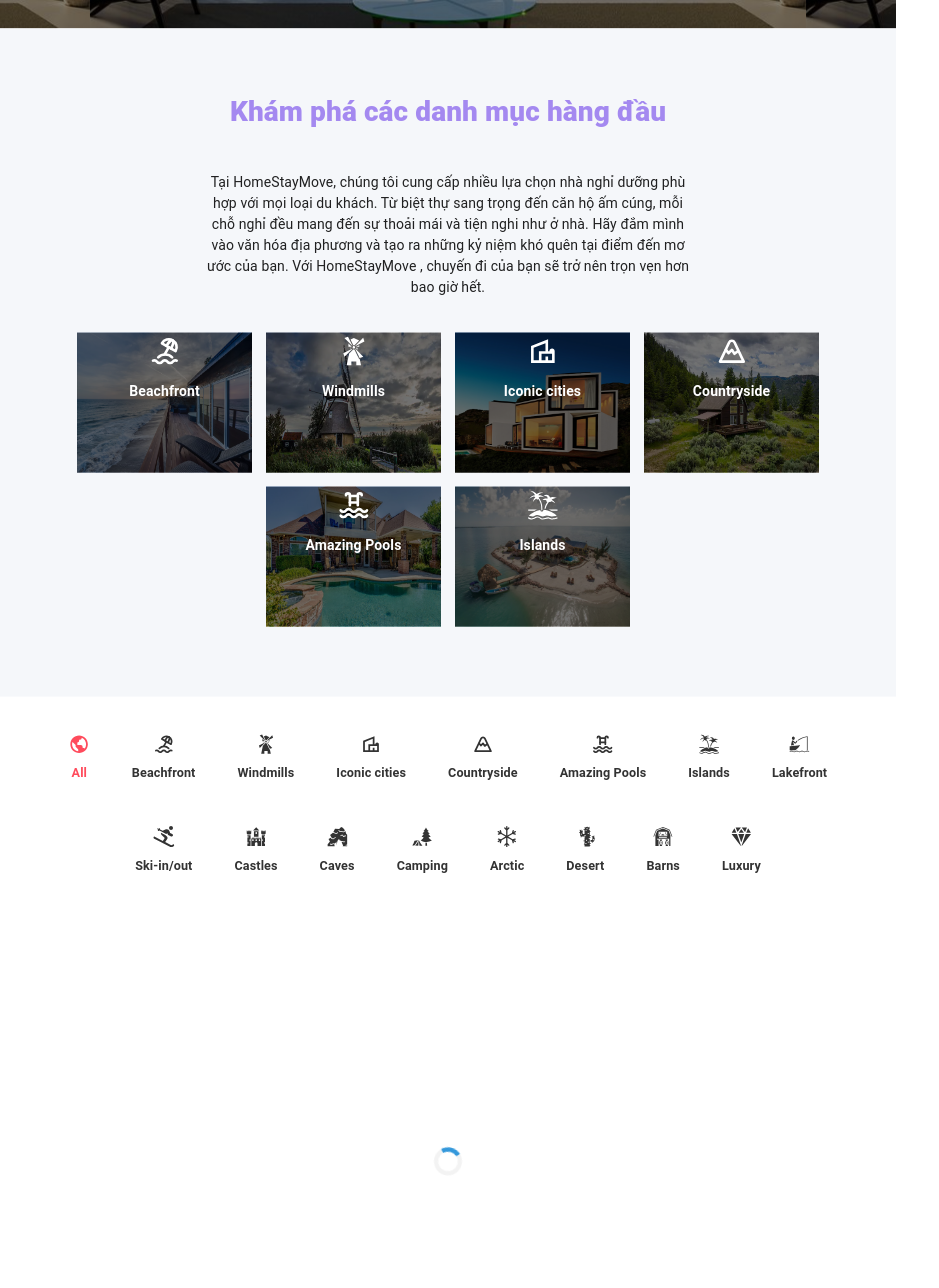
Repository: minhquang203/Homestay
Page: / (app in client/)
An editor plug-in stored every save of this project. The page is shown before and after the next save, followed by the edit.
The browser window is 1280 px wide. The page is 1342 px wide, so the pictures cover 1342 px, including what lies to the right of the window. The pictures show the part of the page from y = 663 to 2503 px (the page is 2879 px tall before and 2931 px after), at 70% of full size.
The page's requests for data from a server got no answer. The project was rebuilt for these pictures with package versions that can differ from the ones it lists, and the page was loaded fresh each time. No one was signed in, and anything a server would have sent is missing. Also part of the build but not shown: client/src/styles/ListingCard.scss, client/src/components/ListingCard.jsx, client/src/styles/variable.scss, client/src/styles/List.scss, client/src/pages/CategoryPage.jsx, client/src/styles/CreateListing.scss, client/src/pages/CreateListing.jsx, client/src/styles/ListingDetails.scss and 17 more.

Above is the page before, as saved 2025-04-04 00:01:28.

### client/public/index.html
<!DOCTYPE html>
<html lang="en">
  <head>
    <meta charset="utf-8" />
    <link rel="icon" href="%PUBLIC_URL%/favicon.ico" />
    <meta name="viewport" content="width=device-width, initial-scale=1" />
    <meta name="theme-color" content="#000000" />
    <meta
      name="description"
      content="Web site created using create-react-app"
    />
    <link rel="apple-touch-icon" href="%PUBLIC_URL%/logo192.png" />
    <link rel="manifest" href="%PUBLIC_URL%/manifest.json" />
    <link rel="preconnect" href="https://fonts.googleapis.com">
    <link rel="preconnect" href="https://fonts.gstatic.com" crossorigin>
    <link href="https://fonts.googleapis.com/css2?family=Nunito:ital,wght@0,200..1000;1,200..1000&display=swap" rel="stylesheet">
    <title>HomeStayMove</title>
  </head>
  <body>
    <div id="root"></div>

  </body>
</html>

### client/src/index.js
import { CssBaseline, ThemeProvider, createTheme } from "@mui/material"; // Thêm vào đây
import React from "react";
import ReactDOM from "react-dom/client";
import { Provider } from "react-redux";
import { PersistGate } from "redux-persist/integration/react";
import App from "./App";
import { persistor, store } from "./Redux/store";

// Tạo theme tùy chỉnh nếu cần thiết
const theme = createTheme({
  palette: {
    primary: {
      main: "#1976d2", // Màu chủ đạo
    },
    secondary: {
      main: "#dc004e", // Màu phụ
    },
  },
});

const root = ReactDOM.createRoot(document.getElementById("root"));
root.render(
  <React.StrictMode>
    <Provider store={store}>
      <PersistGate loading={null} persistor={persistor}>
        <ThemeProvider theme={theme}>
          <CssBaseline />
          <App />
        </ThemeProvider>
      </PersistGate>
    </Provider>
  </React.StrictMode>
);

### client/src/Redux/store.js
// store.js
import { configureStore } from "@reduxjs/toolkit";
import {
  persistStore,
  persistReducer,
  FLUSH,
  REHYDRATE,
  PAUSE,
  PERSIST,
  PURGE,
  REGISTER,
} from "redux-persist";
import storage from "redux-persist/lib/storage";
import userReducer from "./state"; // Đảm bảo đúng đường dẫn đến state.js

// Cấu hình Redux Persist
const persistConfig = {
  key: "root", // Tên của key trong localStorage
  version: 1, // Phiên bản của state để khi có thay đổi sẽ cập nhật lại
  storage, // Chọn phương thức lưu trữ, có thể là localStorage hoặc sessionStorage
};

// Tạo persisted reducer từ userReducer
const persistedReducer = persistReducer(persistConfig, userReducer);

// Tạo store với persistedReducer
export const store = configureStore({
  reducer: persistedReducer, // Dùng persisted reducer để lưu trữ trạng thái người dùng
  middleware: (getDefaultMiddleware) =>
    getDefaultMiddleware({
      serializableCheck: {
        ignoredActions: [FLUSH, REHYDRATE, PAUSE, PERSIST, PURGE, REGISTER], // Bỏ qua các action không thể serialize
      },
    }),
});

// Khởi tạo persistor từ store
export const persistor = persistStore(store);

### client/src/App.css
* {
  margin: 0;
  padding: 0;
  box-sizing: border-box;
  font-family: 'Nunito'sans-serif;
}

### client/src/pages/HomePage.jsx
import Categories from "../components/Categories";
import Footer from "../components/Footer";
import Listings from "../components/Listings";
import Navbar from '../components/Navbar';
import Slide from "../components/Slide";



const HomePage = () => {

  // Lấy thông tin người dùng từ Redux state
  return <div>
    <Navbar/>
    <Slide/>
    <Categories/>
    <Listings/>
    <Footer />
  </div>;
};

export default HomePage;

### client/src/components/Footer.jsx
import { Email, LocalPhone } from "@mui/icons-material";
import { Link } from "react-router-dom";
import "../styles/Footer.scss";
const Footer = () => {
  return (
    <div className="footer">
      <div className="footer_left">
        <a href="/">
          <img src="/assets/logo.png" alt="logo" />
        </a>
      </div>

      <div className="footer_center">
        <h3>Useful Links</h3>
        <ul>
          <li>
            <Link to="/about-us">About Us</Link>
          </li>
          <li>
            <Link to="/terms-and-conditions">Terms and Conditions</Link>
          </li>
          <li>
            <Link to="/return-and-refund-policy">Return and Refund Policy</Link>
          </li>
        </ul>
      </div>

      <div className="footer_right">
        <h3>Contact</h3>
        <div className="footer_right_info">
          <LocalPhone />
          <p>+84 904421394</p>
        </div>
        <div className="footer_right_info">
          <Email />
          <p>homestay@gmail.com</p>
          <p>tranminhquang082003@gmail.com</p>
        </div>
        <img src="/assets/payment.png" alt="payment" />
      </div>
    </div>
  );
};

export default Footer;

### client/src/components/Loader.jsx
import "../styles/Loader.scss";

const Loader = () => {
  return (
    <div className="loader">
      <div className="loader-inner"></div>
    </div>
  );
};

export default Loader;

### client/src/components/Navbar.jsx
import { Menu, Person, Search } from "@mui/icons-material";
import { IconButton } from "@mui/material";
import { useState } from "react";
import { useDispatch, useSelector } from "react-redux";
import { Link, useNavigate } from "react-router-dom";
import { setLogout } from "../Redux/state";
import "../styles/Navbar.scss";
import variables from "../styles/variable.scss";

const Navbar = () => {
  const [dropdownMenu, setDropdownMenu] = useState(false);
  const user = useSelector((state) => state.user);
  const dispatch = useDispatch();
  const [search, setSearch] = useState("")
  const navigate = useNavigate();

  const handleLogout = () => {
    dispatch(setLogout());
    navigate("/login");
  };

  return (
    <div className="navbar">
      <Link to="/">
        <img src="/assets/logo.png" alt="logo" />
      </Link>

      <div className="navbar_search">
        <input
          type="text"
          placeholder="Search ..."
          value={search}
          onChange={(e) => setSearch(e.target.value)}
        />
        <IconButton disabled={search === ""}>
          <Search
            sx={{ color: variables.pinkred }}
            onClick={() => {navigate(`/properties/search/${search}`)}}
          />
        </IconButton>
      </div>

      <div className="navbar_right">
        {/* Hiển thị điều kiện tùy theo trạng thái người dùng */}
        <Link to={user ? "/create-listing" : "/login"} className="navbar_right_host">
          Tạo phòng cho thuê
        </Link>

        {/* Nút tài khoản để mở menu thả xuống */}
        <button
          className="navbar_right_account"
          onClick={() => setDropdownMenu((prev) => !prev)} // Chuyển đổi trạng thái menu thả xuống
        >
          <Menu sx={{ color: variables.darkgrey }} />
          <Person sx={{ color: variables.darkgrey }} />
        </button>

        {/* Menu thả xuống cho người dùng đã đăng nhập */}
        {dropdownMenu && user && (
          <div className="navbar_right_accountmenu">
            <Link to="/profile">Thông Tin</Link>
            <Link to={`/${user._id}/trips`}>Danh sách chuyến đi</Link>
            <Link to={`/${user._id}/wishList`}>Yêu thích </Link>
            <Link to={`/${user._id}/properties`}>Phòng cho thuê </Link>
            <Link to={`/${user._id}/reservations`}>Đặt chỗ </Link>
            <Link to="/login" onClick={handleLogout}>
              Đăng xuất
            </Link>
          </div>
        )}

        {/* Menu thả xuống cho người dùng chưa đăng nhập */}
        {dropdownMenu && !user && (
          <div className="navbar_right_accountmenu">
            <Link to="/login">Đăng nhập</Link>
            <Link to="/register">Đăng ký</Link>
          </div>
        )}
      </div>
    </div>
  );
};

export default Navbar;

### client/src/components/Categories.jsx
import { Link } from "react-router-dom";
import { categories } from "../data";
import "../styles/Categories.scss";

const Categories = () => {
  return (
    <div className="categories">
      <h1>Khám phá các danh mục hàng đầu</h1>
      <p>
        Tại HomeStayMove, chúng tôi cung cấp nhiều lựa chọn nhà nghỉ dưỡng phù hợp
        với mọi loại du khách. Từ biệt thự sang trọng đến căn hộ ấm cúng, mỗi
        chỗ nghỉ đều mang đến sự thoải mái và tiện nghi như ở nhà. Hãy đắm mình
        vào văn hóa địa phương và tạo ra những kỷ niệm khó quên tại điểm đến mơ
        ước của bạn. Với HomeStayMove , chuyến đi của bạn sẽ trở nên trọn vẹn hơn
        bao giờ hết.
      </p>

      <div className="categories_list">
        {categories?.slice(1, 7).map((category, index) => (
          <Link to={`/properties/category/${category.label}`}>
            <div className="category">
              <img src={category.img} alt={category.label} />
              <div className="overlay">
                <div className="category_text">
                  <div className="category_text_icon">
                    {category.icon}
                    <p>{category.label}</p>
                  </div>
                </div>
              </div>
            </div>
          </Link>
        ))}
      </div>
    </div>
  );
};

export default Categories;

### client/src/components/Listings.jsx
import { useEffect, useState } from "react";
import { useDispatch, useSelector } from "react-redux";
import { categories } from "../data";
import { setListings } from "../Redux/state";
import "../styles/Listings.scss";
import ListingCard from "./ListingCard";
import Loader from "./Loader";

const Listings = () => {
  const dispatch = useDispatch();
  const [loading, setLoading] = useState(true);

  const [selectedCategory, setSelectedCategory] = useState("All");

  const listings = useSelector((state) => state.listings);

  const getFeedListings = async () => {
    try {
      const response = await fetch(
        selectedCategory !== "All"
          ? `http://localhost:3002/properties?category=${selectedCategory}`
          : "http://localhost:3002/properties",
        {
          method: "GET",
        }
      );

      const data = await response.json();
      dispatch(setListings({ listings: data }));
      setLoading(false);
    } catch (err) {
      console.log("Fetch Listings Failed", err.message);
    }
  };

  useEffect(() => {
    getFeedListings();
  }, [selectedCategory]);

  return (
    <>
      <div className="category-list">
        {categories?.map((category, index) => (
          <div
            className={`category ${category.label === selectedCategory ? "selected" : ""}`}
            key={index}
            onClick={() => setSelectedCategory(category.label)}
          >
            <div className="category_icon">{category.icon}</div>
            <p>{category.label}</p>
          </div>
        ))}
      </div>

      {loading ? (
        <Loader />
      ) : (
        <div className="listings">
          {listings.map(
            ({
              _id,
              creator,
              listingPhotoPaths,
              city,
              province,
              country,
              category,
              type,
              price,
              booking = false
            }) => (
              <ListingCard
                key={_id}
                listingId={_id}
                creator={creator}
                listingPhotoPaths={listingPhotoPaths}
                city={city}
                province={province}
                country={country}
                category={category}
                type={type}
                price={price}
                booking ={booking}
              />
            )
          )}
        </div>
      )}
    </>
  );
};

export default Listings;

### client/src/components/Slide.jsx
import "../styles/Slide.scss";

const Slide = () => {
  return (
    <div className="slidePage">
      <h1>
        "Hành trình mới đang chờ đón bạn <hr/>   Đặt chuyến đi ngay hôm nay cùng
        HomeStayMoves !
      </h1>
    </div>
  );
};

export default Slide;

### client/src/styles/Footer.scss
@import "./variable.scss";
@import "./breakpoints.scss";

.footer {
  display: flex;
  justify-content: space-between;
  align-items: center;
  gap: 50px;
  padding: 10px 70px;

  @include lg {
    padding: 10px 30px;
  }

  &_left {
    max-width: 400px;

    img {
      max-width: 150px;
      margin-bottom: 20px;
    }

    &_socials {
      display: flex;
      gap: 25px;
      margin-top: 20px;

      &_icon {
        width: 40px;
        height: 40px;
        border-radius: 50%;
        background-color: $pinkred;
        display: flex;
        justify-content: center;
        align-items: center;
        cursor: pointer;
        transition: all 0.5s ease-in-out;

        &:hover {
          transform: scale(1.2);
        }
      }
    }
  }

  &_center {
    text-decoration: none;

    ul {
      list-style: none;
      margin-top: 20px;
      cursor: pointer;

      li:hover {
        color: $pinkred
      }

      a {
        text-decoration: none;
        color: black;

        &:hover {
          color: $pinkred;
        }
      }
    }

    @include md {
      display: none;
    }
  }

  &_right {
    max-width: 350px;

    h3 {
      margin-bottom: 20px;
    }

    &_info {
      display: flex;

      p {
        margin-left: 20px;
        margin-bottom: 15px;
      }
    }

    @include sm {
      display: none;
    }
  }
}

### client/src/styles/Loader.scss
.loader {
    display: flex;
    justify-content: center;
    align-items: center;
    height: 100vh;
  }

  .loader-inner {
    border: 6px solid #f3f3f3;
    border-top: 6px solid #3498db;
    border-radius: 50%;
    width: 40px;
    height: 40px;
    animation: spin 2s linear infinite;
  }

  @keyframes spin {
    0% { transform: rotate(0deg); }
    100% { transform: rotate(360deg); }
  }

### client/src/styles/Navbar.scss
@import "./breakpoints.scss";
@import "./variable.scss";

.navbar {
  padding: 10px 60px;
  display: flex;
  justify-content: space-between;
  align-items: center;
  position: relative;
  background-color: #ffff;
  box-shadow: $box-shadow-small;  // Dùng biến shadow nhỏ cho navbar

  @include media-query(sm) {
    padding: 10px 20px;
  }

  img {
    width: 100px;
    cursor: pointer;
  }

  &_search {
    border: 1px solid $grey;
    border-radius: 30px;
    height: 50px;
    padding: 0 20px;
    display: flex;
    gap: 20px;
    align-items: center;
    width: 350px;

    input {
      border: none;
      outline: none;
      flex: 1;
      padding: 5px 10px;
    }

    &:hover {
      box-shadow: $box-shadow-small;
    }

    @include media-query(lg) {
      width: 500px;
    }

    @include media-query(sm) {
      display: none;
    }
  }

  &_right {
    display: flex;
    align-items: center;
    gap: 20px;

    .navbar_right_host {
      text-decoration: none;
      color: $darkgrey;
      font-weight: 700;
      cursor: pointer;

      &:hover {
        color: $pinkred;
      }

      @include media-query(sm) {
        display: none;
      }
    }

    &_account {
      height: 50px;
      display: flex;
      align-items: center;
      padding: 0 10px;
      border: 1px solid $grey;
      border-radius: 30px;
      gap: 10px;
      background-color: #ffff;
      cursor: pointer;
      transition: box-shadow 0.3s ease;

      &:hover {
        box-shadow: $box-shadow-large;
      }

      svg {
        color: $darkgrey;
      }
    }

    &_accountmenu {
      position: absolute;
      background-color: #ffff;
      right: 60px;
      top: 80px;
      display: flex;
      flex-direction: column;
      width: 200px;
      padding: 10px 0;
      border: 1px solid $lightgrey;
      border-radius: 20px;
      box-shadow: $box-shadow-large;
      z-index: 9999;

      @include media-query(sm) {
        right: 20px;
      }

      a {
        width: 100%;
        padding: 8px 15px;
        text-decoration: none;
        color: $grey;
        font-weight: 700;
        display: block;

        &:hover {
          color: $pinkred;
          background-color: rgba(217, 213, 213, 0.2);
        }
      }
    }
  }
}

### client/src/styles/breakpoints.scss
  $breakpoints: (
    xs: 480px,
    sm: 768px,
    md: 992px,
    lg: 1200px,
    xl: 1400px
  );

  // Mixin media-query để dễ sử dụng các điểm ngắt
  @mixin media-query($size) {
    $breakpoint: map-get($breakpoints, $size);

    @if $breakpoint {
      @media (max-width: #{$breakpoint}) {
        @content;
      }
    } @else {
      @warn "Breakpoint '#{$size}' không tồn tại trong danh sách breakpoints!";
    }
  }
  @mixin sm {
    @media (max-width: map-get($breakpoints, "sm")) {
        @content;
    }
}

@mixin mm {
    @media (max-width: map-get($breakpoints, "mm")) {
        @content;
    }
}

@mixin md {
    @media (max-width: map-get($breakpoints, "md")) {
        @content;
    }
}

@mixin ml {
    @media (max-width: map-get($breakpoints, "ml")) {
        @content;
    }
}

@mixin lg {
    @media (max-width: map-get($breakpoints, "lg")) {
        @content;
    }
}

@mixin xl {
    @media (max-width: map-get($breakpoints, "xl")) {
        @content;
    }
}

  // Mixin để tạo kiểu cho button
  @mixin buttonStyle {
    padding: 10px 15px;
    background-color: $pinkred;
    border: none;
    font-size: 20px;
    font-weight: 600;
    cursor: pointer;
    transform: 0.3s ease;
    color: white;
    border-radius: 10px;
  }
  // Mixin flex-center để căn giữa các phần tử theo cả chiều ngang và dọc
@mixin flex-center {
  display: flex;
  justify-content: center;
  align-items: center;
}

### client/src/styles/Categories.scss
@import "./variable.scss";
@import "./breakpoints.scss";

.categories {
  padding: 50px 60px;
  display: flex;
  flex-direction: column;
  align-items: center;
  text-align: center;
  background-color: $lightgrey;


  h1 {
    color: $blue;
    font-size: 40px;
    font-weight: 800;
    margin-bottom: 15px;
  }

  p {
    max-width: 700px;
    font-size: 20px;
  }

  .categories_list {
    display: flex;
    flex-wrap: wrap;
    padding: 50px 0;
    justify-content: center;
    gap: 20px;

    a {
      text-decoration: none;
    }

    .category {
      position: relative;
      display: flex;
      justify-content: center;
      align-items: center;
      width: 250px;
      height: 200px;
      cursor: pointer;

      img {
        position: absolute;
        width: 100%;
        height: 100%;
      }

      .overlay {
        position: absolute;
        width: 100%;
        height: 100%;
        background-color: rgba(0, 0, 0, 0.55);
        transition: 0.3s ease-in-out;
      }

      &_text {
        position: relative;
        color: white;

        &_icon {
          font-size: 45px;
        }

        p {
          font-weight: 600;
        }
      }

      &:hover {
        .overlay {
          width: 80%;
          height: 80%;
        }
      }

    }
  }
}

### client/src/styles/Listings.scss
@import "./variable.scss";
@import "./breakpoints.scss";

.category-list {
  padding: 50px 80px;
  display: flex;
  justify-content: center;
  flex-wrap: wrap;
  gap: 60px;

  @include sm {
    padding: 50px 20px;
  }

  .category {
    display: flex;
    flex-direction: column;
    align-items: center;
    color: $darkgrey;
    cursor: pointer;

    &_icon {
      font-size: 30px;
    }

    p {
      font-size: 18px;
      font-weight: 700;
    }

    &:hover {
      color: $pinkred;
    }
  }

  .selected {
    color: $pinkred;
  }
}

.listings {
  padding: 0 60px 120px;
  display: flex;
  flex-wrap: wrap;
  justify-content: center;
  gap: 5px;

  @include lg {
    padding: 0 20px 120px;
  }
}

### client/src/styles/Slide.scss
.slidePage {
  width: 100vw;
  height: 80vh;
  background: linear-gradient(rgba(0, 0, 0, 0.5), rgba(0, 0, 0, 0.5)),
    url("../../public/assets/slide.jpg");
  background-position: center top;
  background-size: contain;

  display: flex;
  justify-content: center;
  align-items: center;
  text-align: center;
  position: relative;

  animation: moveRight 2s ease-out forwards; /* Di chuyển từ trái sang phải */
}

// /* Định nghĩa keyframe cho hiệu ứng chuyển động từ trái sang phải */
// @keyframes moveRight {
//   0% {
//     transform: translateX(-100%); /* Bắt đầu bên ngoài màn hình (trái) */
//   }
//   100% {
//     transform: translateX(0); /* Kết thúc tại vị trí ban đầu */
//   }
// }

h1 {
  padding: 40px 20px;
  font-size: 40px;
  text-align: center;
  color: white;
  z-index: 1; /* Đảm bảo văn bản luôn ở trên hình nền */
  position: relative;
}

Loaded but not shown: client/src/data.js (270 lines, source omitted); client/src/App.js (46 lines, source omitted); client/src/Redux/state.js (69 lines, source omitted)

After the next save:
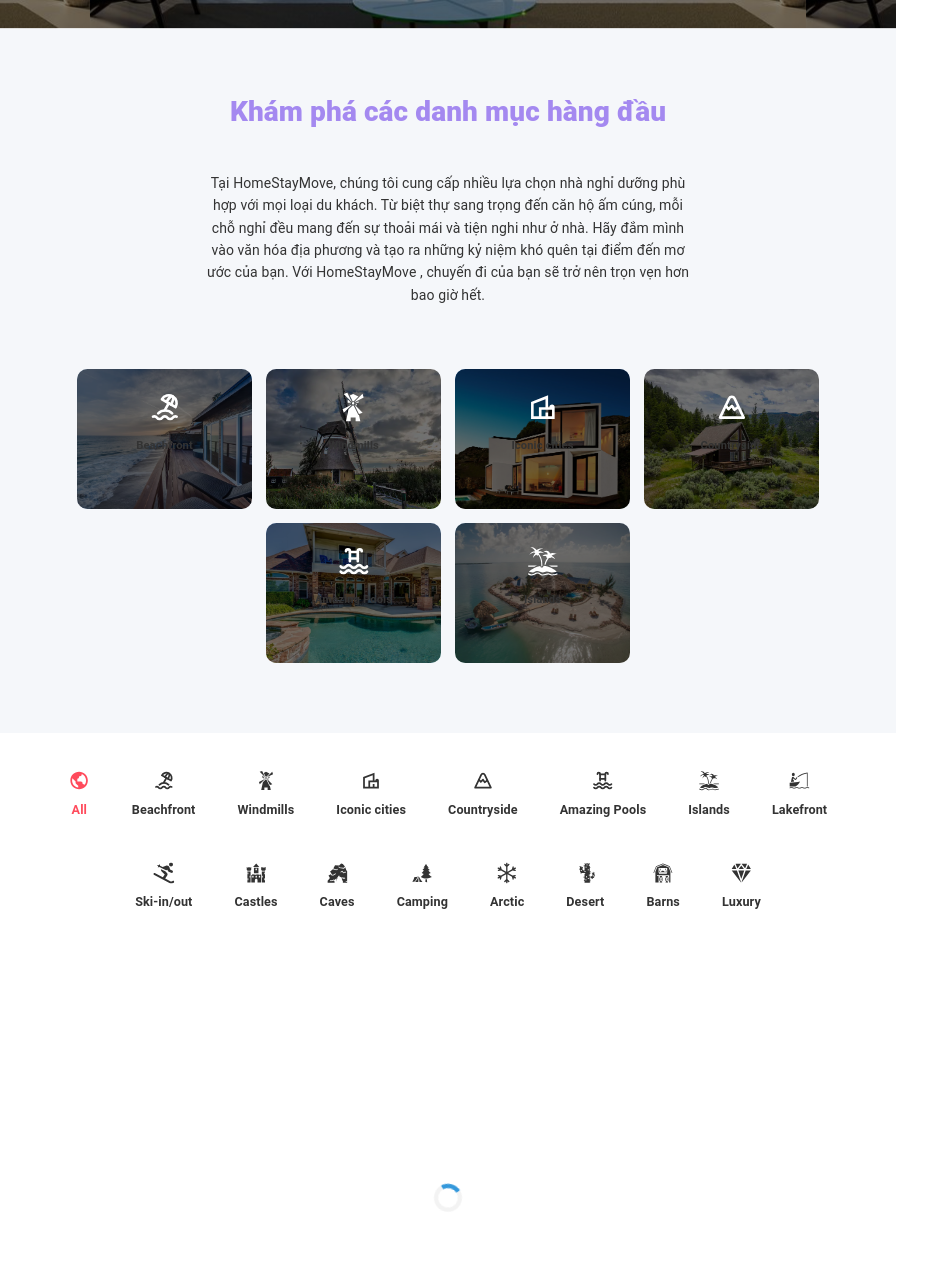
Saved 2 min 36 s later.
--- a/client/src/styles/Categories.scss
+++ b/client/src/styles/Categories.scss
@@ -9,7 +9,6 @@
   text-align: center;
   background-color: $lightgrey;
 
-
   h1 {
     color: $blue;
     font-size: 40px;
@@ -20,6 +19,9 @@
   p {
     max-width: 700px;
     font-size: 20px;
+    color: $darkgrey;
+    line-height: 1.6;
+    margin-bottom: 40px;
   }
 
   .categories_list {
@@ -40,12 +42,17 @@
       align-items: center;
       width: 250px;
       height: 200px;
+      overflow: hidden;
+      border-radius: 15px;
       cursor: pointer;
+      transition: transform 0.3s ease, box-shadow 0.3s ease;
 
       img {
         position: absolute;
         width: 100%;
         height: 100%;
+        object-fit: cover;
+        transition: transform 0.3s ease;
       }
 
       .overlay {
@@ -53,29 +60,45 @@
         width: 100%;
         height: 100%;
         background-color: rgba(0, 0, 0, 0.55);
-        transition: 0.3s ease-in-out;
+        display: flex;
+        justify-content: center;
+        align-items: center;
+        transition: background-color 0.3s ease;
       }
 
       &_text {
         position: relative;
+        display: flex;
+        flex-direction: column;
+        justify-content: center;
+        align-items: center;
         color: white;
+        text-align: center;
+        z-index: 2;
 
         &_icon {
           font-size: 45px;
+          margin-bottom: 10px;
         }
 
         p {
+          font-size: 16px;
           font-weight: 600;
         }
       }
 
       &:hover {
+        transform: translateY(-5px);
+        box-shadow: 0 10px 20px rgba(0, 0, 0, 0.2);
+
+        img {
+          transform: scale(1.1);
+        }
+
         .overlay {
-          width: 80%;
-          height: 80%;
+          background-color: rgba(0, 0, 0, 0.7);
         }
       }
-
     }
   }
 }
